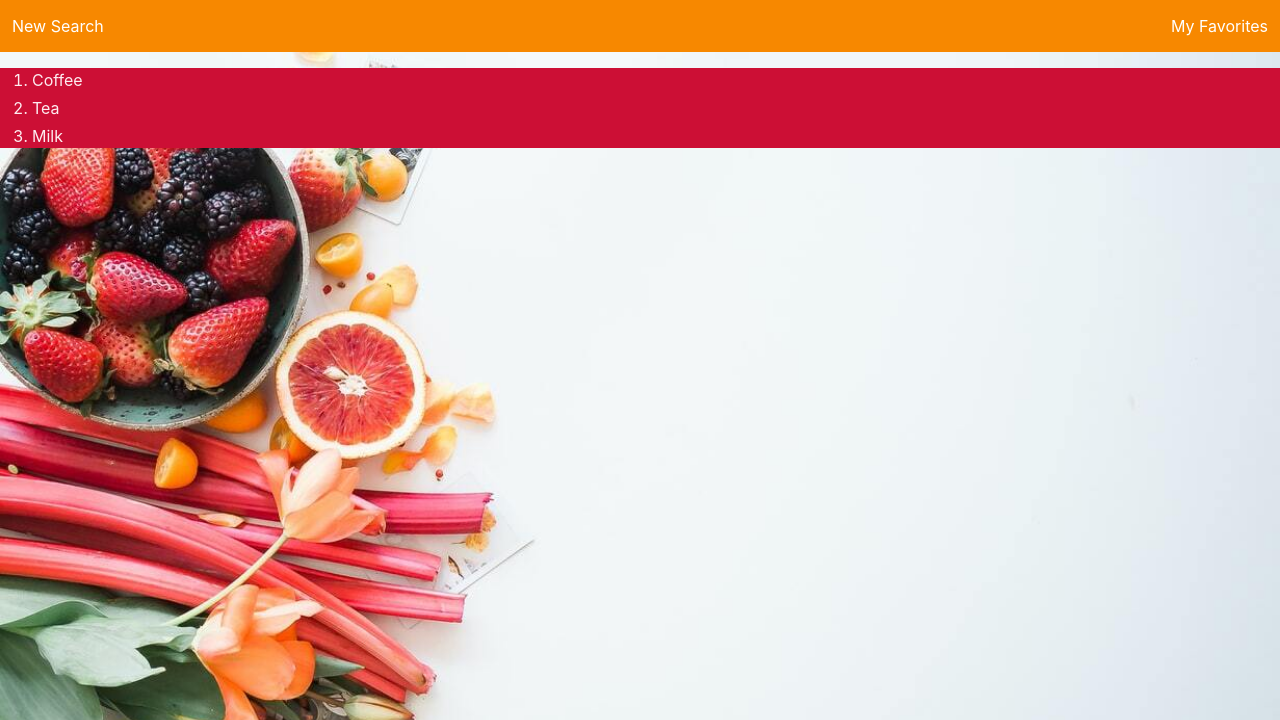
Repository: puakehaulani/the-hungry-app-proj1
Page: assets/style/Results.html
These files come from the project's save history. The page is drawn as it stood at one moment and after the next save; the edit follows.
The browser window is 1280 px wide. The pictures show the whole page.

Above is the page before, as saved 2020-10-15 19:44:17.

### assets/style/Results.html
<!DOCTYPE html>
<html lang="en">

<head>
    <meta charset="UTF-8">
    <meta name="viewport" content="width=device-width, initial-scale=1.0">
    <title>Hungry app</title>
    <link rel="stylesheet" href="https://cdn.jsdelivr.net/npm/bulma@0.9.1/css/bulma.min.css">
    <link rel="stylesheet" href="./style.css">
    <meta name="viewport" content="width=device-width, initial-scale=1">
</head>

<body>
  <nav class="navbar" role="navigation" aria-label="main navigation">
    <div class="navbar-menu">
        <div class="navbar-item">
            <a href="index.html">New Search</a>
        </div>
    </div>

    <div class="navbar-end">
        <div class="navbar-item">
            <a href="favorites.html">My Favorites </a>
        </div>

    </div>
</nav>
      <body>


        <div class="content has-text-danger-light has-background-danger-dark ">
          <ul id="display">
          </ul>

          <ol type="1">
            <li>Coffee</li>
            <li>Tea</li>
            <li>Milk</li>
          </ol>

        </div>
</body>

</html>

### assets/style/style.css

html{
    background-image: url(images/foodOnSIde.jpg);
    background-size: cover;
    background-repeat: no-repeat;
}

.navbar{
    background-color: #F78800;
}

.navbar-item{
    color: white;
}

.navbar-item a{
    color: white;
}

.button{
    background-color: #f78800;
    color: white;
}

#ingredientSearch{
    display: inline-block;
}

th{
    background-color: #f78800;
    color: white !important;
}

/* Elements that only exist on results html*/

#favRecipes{
    min-height: 300px;
    color: black;
    background-color: white;
    border-style: solid;
    border-width: 2px;
    border-radius: 15px;
    border-color: #F78800;
}

#favRecipes h1{
    background-color: #F78800;
    font-size: 2rem;
    color: white;
    border-radius: 10px;
}

#favJokes{
    min-height: 300px;
    color: black;
    background-color: white;
    border-style: solid;
    border-width: 2px;
    border-radius: 15px;
    border-color: #F78800;
}

#favJokes h1{
    background-color: #F78800;
    font-size: 2rem;
    color: white;
    border-radius: 10px;
}

After the next save:
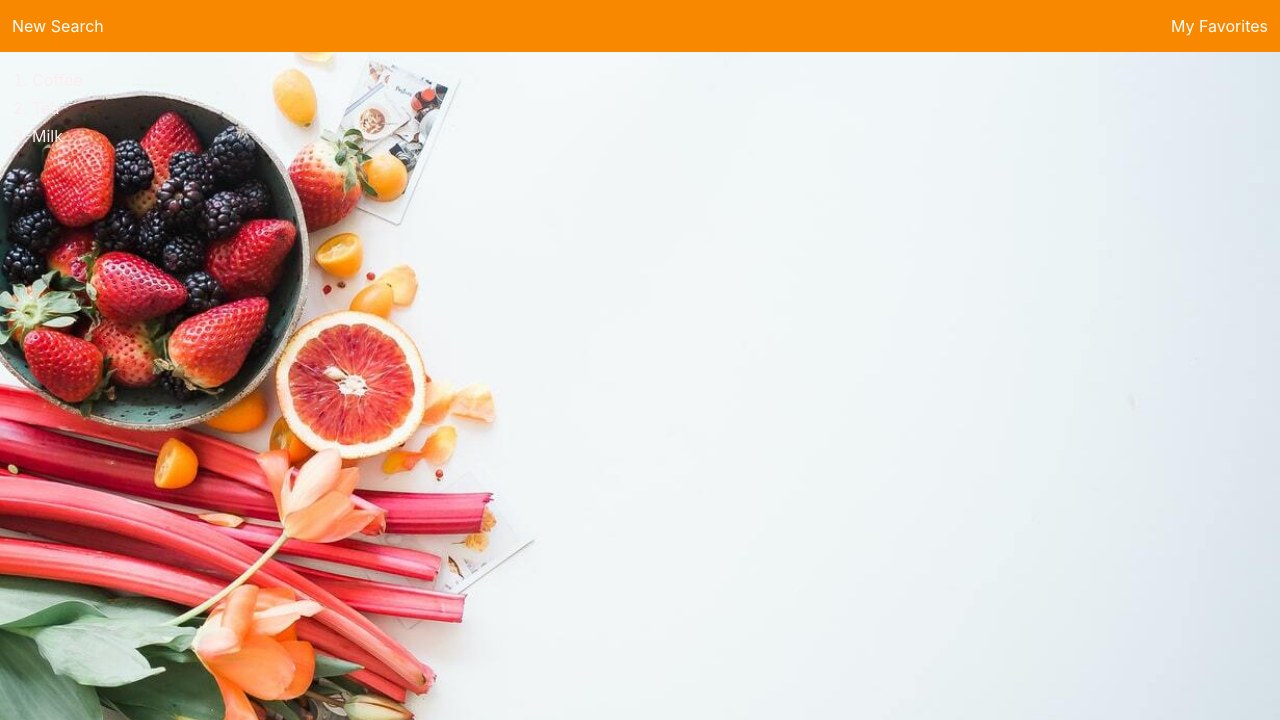
Saved 107 s later.
--- a/assets/style/Results.html
+++ b/assets/style/Results.html
@@ -28,7 +28,7 @@
       <body>
 
 
-        <div class="content has-text-danger-light has-background-danger-dark ">
+        <div class="content has-text-danger-light hsl(348, 86%, 43%) ">
           <ul id="display">
           </ul>
 

After the save that followed:
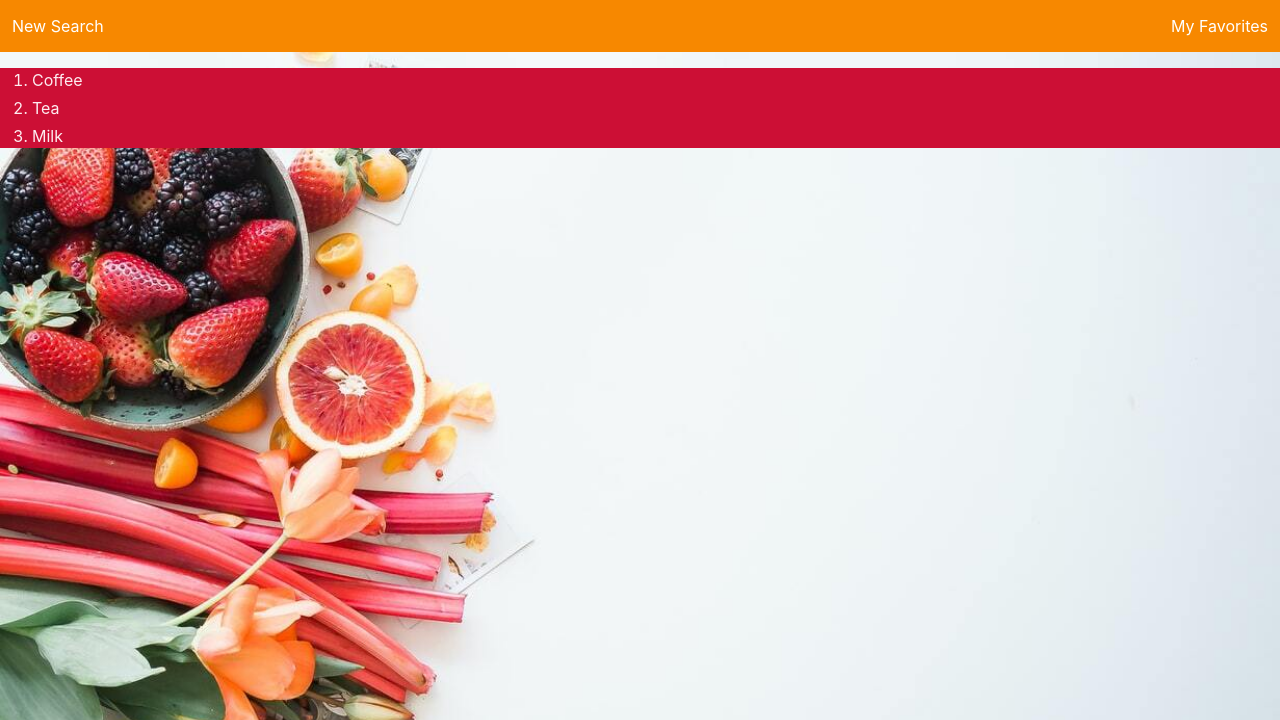
Saved 13 s later.
--- a/assets/style/Results.html
+++ b/assets/style/Results.html
@@ -28,7 +28,7 @@
       <body>
 
 
-        <div class="content has-text-danger-light hsl(348, 86%, 43%) ">
+        <div class="content has-text-danger-light has-background-danger-dark ">
           <ul id="display">
           </ul>
 
